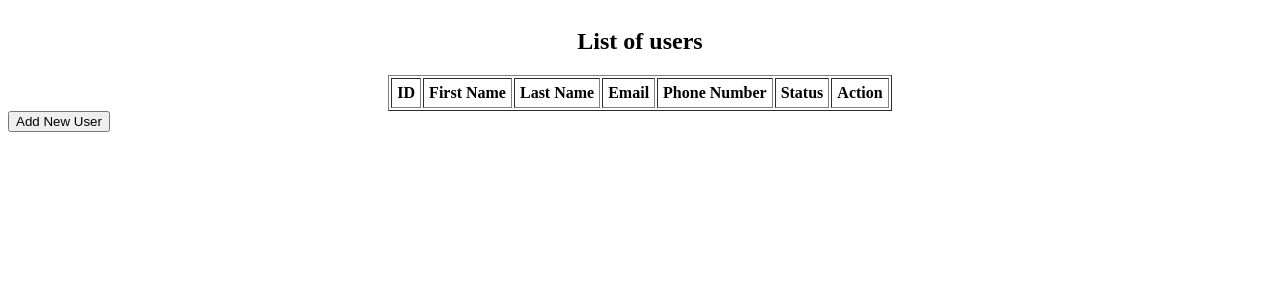
Repository: aniketaag/Test-Application
Page: http://localhost/evolent/WEB-INF/views/user_list.jsp
An editor plug-in stored every save of this project. The page is shown before and after the next save, followed by the edit.
The browser window is 1280 px wide. The pictures show the whole page.
The page is served by Tomcat 9. Nobody is signed in. Other server files are loaded and not shown. The template is opened directly, without the code that normally fills it, so the values that code supplies are empty.

Above is the page before, as saved 2020-01-18 15:44:25.

### evolent/src/main/webapp/WEB-INF/views/user_list.jsp
<%@ page language="java" contentType="text/html; charset=UTF-8"
    pageEncoding="UTF-8"%>
<%@ taglib uri="http://java.sun.com/jsp/jstl/core" prefix="c" %>
<%@ taglib uri="http://java.sun.com/jsp/jstl/sql" prefix="sql" %>
<!DOCTYPE html PUBLIC "-//W3C//DTD HTML 4.01 Transitional//EN"
	"http://www.w3.org/TR/html4/loose.dtd">
<html>
<head>
<meta http-equiv="Content-Type" content="text/html; charset=UTF-8">
<title>List Users Records</title>
</head>
<body>
	<div align="center">
		<table border="1" cellpadding="5">
			<caption><h2>List of users</h2></caption>
			<tr>
				<th>ID</th>
				<th>First Name</th>
				<th>Last Name</th>
				<th>Email</th>
				<th>Phone Number</th>
				<th>Status</th>
				<th>Action</th>
			</tr>
			<c:forEach var="user" items="${users}">
				<tr>
					<td><c:out value="${user.id}" /></td>
					<td><c:out value="${user.firstName}" /></td>
					<td><c:out value="${user.lastName}" /></td>
					<td><c:out value="${user.email}" /></td>
					<td><c:out value="${user.phoneNumber}" /></td>
					<td><c:out value="${user.status}" /></td>
					<th><a>Edit</a> / <a>Delete</a></th>
				</tr>
			</c:forEach>
		</table>
	</div>
	<div><button>Add New User</button></div>
</body>
</html>

After the next save:
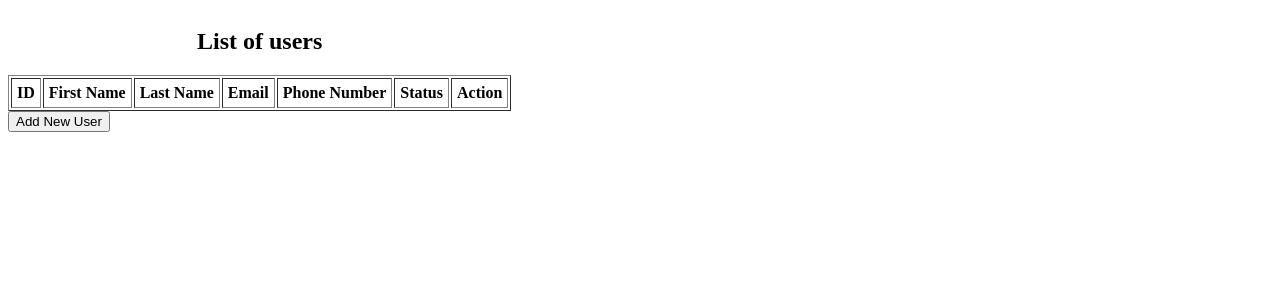
Saved 7 s later.
--- a/evolent/src/main/webapp/WEB-INF/views/user_list.jsp
+++ b/evolent/src/main/webapp/WEB-INF/views/user_list.jsp
@@ -10,7 +10,7 @@
 <title>List Users Records</title>
 </head>
 <body>
-	<div align="center">
+	<div>
 		<table border="1" cellpadding="5">
 			<caption><h2>List of users</h2></caption>
 			<tr>
